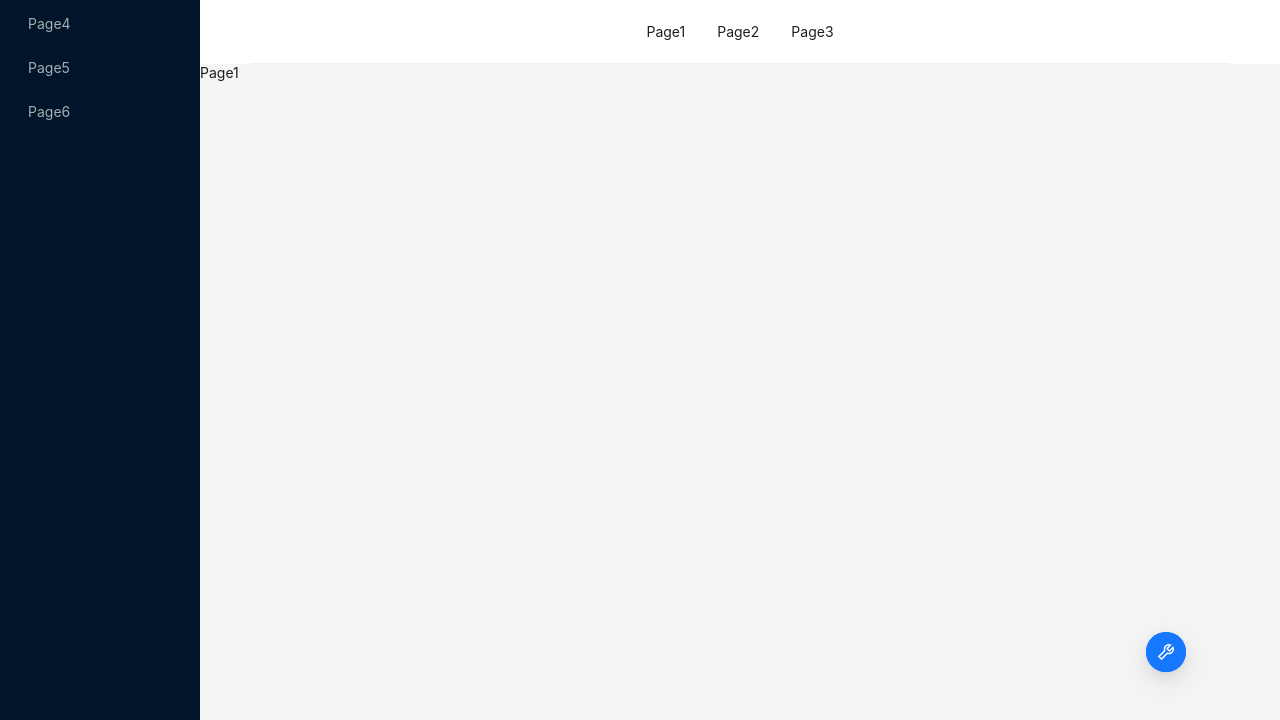
Repository: BESTETURKMEN/e-commerce
Page: /
These files come from the project's save history. The page is drawn as it stood at one moment and after a run of saves; the edit follows.
The browser window is 1280 px wide. The pictures show the whole page.
The project was rebuilt for these pictures with package versions that can differ from the ones it lists, and the page was loaded fresh each time. Also part of the build but not shown: webpack.config.js, src/pages/page2.jsx, src/pages/page3.jsx, src/pages/page6.jsx. Imported but missing from the stored project, and not drawn on this page: src/pages/page4, src/pages/page5.

Above is the page before, as saved 2023-08-21 11:15:50.

### public/index.html
<!DOCTYPE html>
<html lang="en">
  <head>
    <meta charset="utf-8" />

    <meta name="viewport" content="width=device-width, initial-scale=1" />
    <meta name="theme-color" content="#000000" />
    <meta
      name="description"
      content="Web site created using create-react-app"
    />
    <link rel="apple-touch-icn" href="" />

    <title>React App</title>
  </head>
  <body>
    <noscript>You need to enable JavaScript to run this app.</noscript>
    <div id="root"></div>
  </body>
</html>

### src/index.js
import React from "react";
import ReactDOM from "react-dom/client";

import { HashRouter } from "react-router-dom";

import reportWebVitals from "./reportWebVitals";
import RouteWrapper from "./config/routeWrapper";

const root = ReactDOM.createRoot(document.getElementById("root"));
root.render(
  <React.StrictMode>
    <HashRouter>
      <RouteWrapper />
    </HashRouter>
  </React.StrictMode>
);
reportWebVitals();

### src/config/routeWrapper.jsx
import React from "react";
import { Route, Routes } from "react-router";

import Index from "../layout";
import Page1 from "../pages/page1";
import Page2 from "../pages/page2";
import Page3 from "../pages/page3";
import Page4 from "../pages/page4";
import Page5 from "../pages/page5";
import Page6 from "../pages/page6";

export default function RouteWrapper() {
  return (
    <div>
      <Routes>
        <Route element={<Index />}>
          <Route path="/" element={<Page1 />} />
          <Route path="/Page2" element={<Page2 />} />
          <Route path="/Page3" element={<Page3 />} />
          <Route path="/Page4" element={<Page4 />} />
          <Route path="/Page5" element={<Page5 />} />
          <Route path="/Page6" element={<Page6 />} />
        </Route>
      </Routes>
    </div>
  );
}

### src/layout/index.jsx
import React from "react";
import { Outlet } from "react-router";
import { Layout } from "antd";
import { FloatButton } from "antd";
import { CommentOutlined, ToolOutlined } from "@ant-design/icons";

import Header from "./header";

import "./layout.scss";
import Sider from "./sider";

export default function Index() {
  return (
    <div className="layout">
      <Layout>
        <Layout.Sider>
          <Sider />
        </Layout.Sider>
        <Layout>
          <Layout.Header>
            <Header />
          </Layout.Header>
          <Layout.Content className="content">
            <Outlet />
          </Layout.Content>
          <div className="floatButton">
            <FloatButton.Group
              trigger="hover"
              type="primary"
              style={{
                right: 94,
              }}
              icon={<ToolOutlined />}
            >
              <FloatButton />
              <FloatButton icon={<CommentOutlined />} />
            </FloatButton.Group>
          </div>
        </Layout>
      </Layout>
    </div>
  );
}

### src/pages/page1.jsx
import React from "react";

export default function Page1() {
  return <div>Page1</div>;
}

### src/layout/header.jsx
import { Menu } from "antd";
import React from "react";
import { Link } from "react-router-dom";
import "./layout.scss";

export default function Header() {
  const menu = [
    {
      key: "1",
      label: "Page1",
      path: "/",
    },
    {
      key: "2",
      label: "Page2",
      path: "/Page2",
    },
    {
      key: "3",
      label: "Page3",
      path: "/Page3",
    },
  ];
  return (
    <div className="header">
      <div className="menuLine">
        <Menu mode="horizontal">
          {menu.map((item) => (
            <Menu.Item key={item.key}>
              <Link to={item.path}>{item.label}</Link>
            </Menu.Item>
          ))}
        </Menu>
      </div>
    </div>
  );
}

### src/layout/layout.scss
* {
  margin: 0;
  padding: 0;
  box-sizing: border-box;
}

.layout {
  .ant-layout {
    height: 100vh;
    .ant-layout-header {
      background-color: rgb(255, 255, 255) !important;
      .header {
        .menuLine {
          .ant-menu {
            display: flex;
            align-items: center;
            justify-content: center;
          }
        }
      }
    }
  }
}

### src/layout/sider.jsx
import { Menu } from "antd";
import React from "react";
import { Link } from "react-router-dom";
import "./layout.scss";

export default function Sider() {
  const menu = [
    {
      key: "1",
      label: "Page4",
      path: "/Page4",
    },
    {
      key: "2",
      label: "Page5",
      path: "/Page5",
    },
    {
      key: "3",
      label: "Page6",
      path: "/Page6",
    },
  ];
  return (
    <div className="sider">
      <div className="siderMenu">
        <Menu theme="dark" mode="inline">
          {menu.map((item) => (
            <Menu.Item key={item.key}>
              <Link to={item.path}>{item.label}</Link>
            </Menu.Item>
          ))}
        </Menu>
      </div>
    </div>
  );
}

Loaded but not shown: src/reportWebVitals.js (common file)

After the next 2 saves:
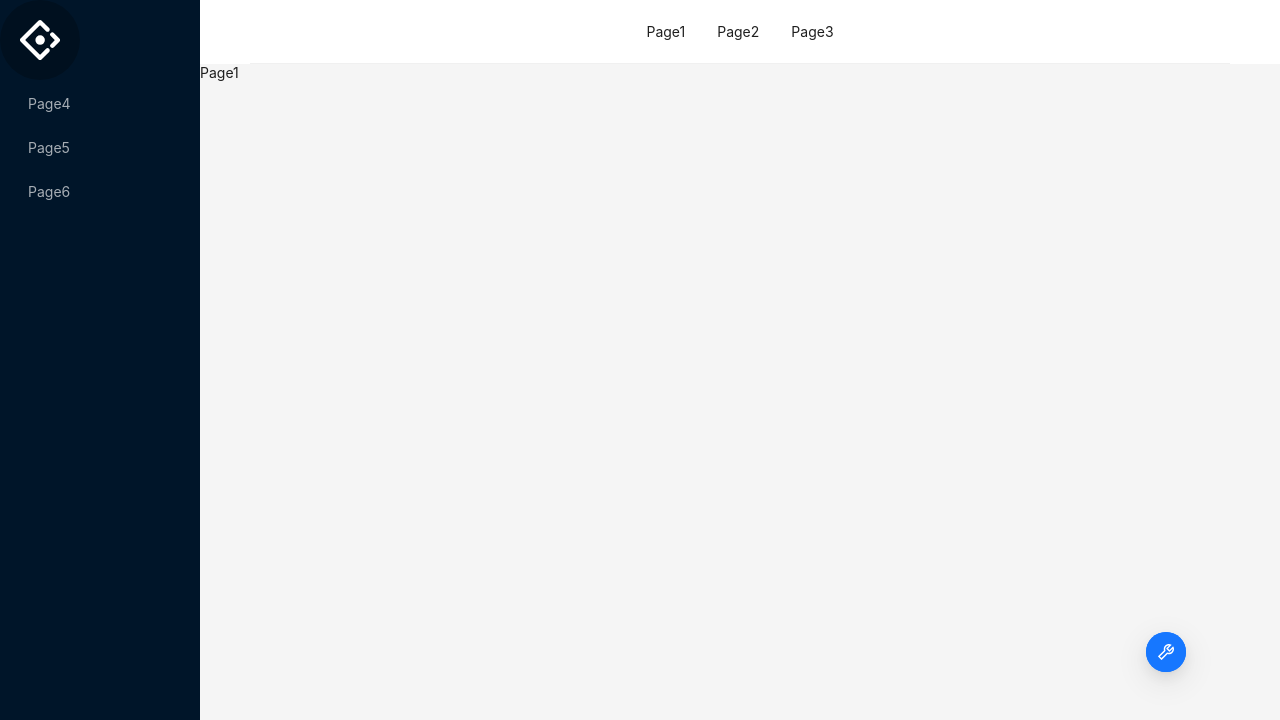
The 2 saves are shown as one change because 1 did not build or start.
The last was saved 5 min 17 s later.
--- a/src/layout/sider.jsx
+++ b/src/layout/sider.jsx
@@ -1,7 +1,8 @@
-import { Menu } from "antd";
+import { Avatar, Menu } from "antd";
 import React from "react";
 import { Link } from "react-router-dom";
 import "./layout.scss";
+import { AntDesignOutlined } from "@ant-design/icons";
 
 export default function Sider() {
   const menu = [
@@ -23,6 +24,12 @@ export default function Sider() {
   ];
   return (
     <div className="sider">
+      <div className="avatar">
+        <Avatar
+          size={{ xs: 24, sm: 32, md: 40, lg: 64, xl: 80, xxl: 100 }}
+          icon={<AntDesignOutlined />}
+        />
+      </div>
       <div className="siderMenu">
         <Menu theme="dark" mode="inline">
           {menu.map((item) => (
